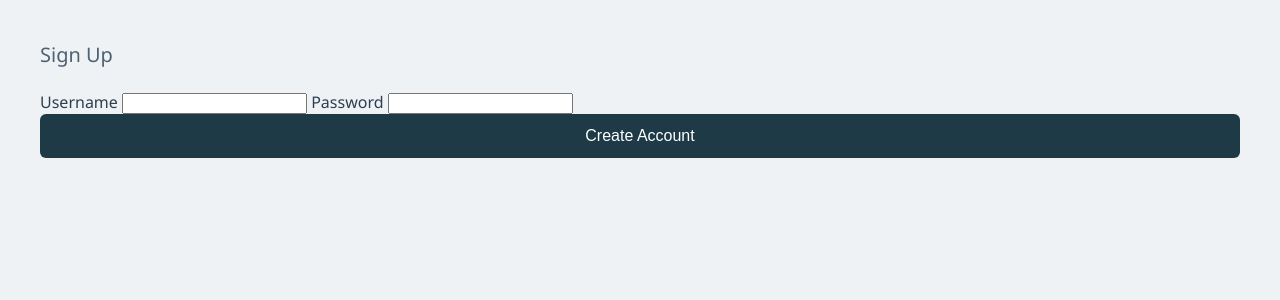
Repository: AUTemmie/Assessment-Task-3
Page: http://localhost/signup
These files come from the project's save history. The page is drawn as it stood at one moment and after the next save; the edit follows.
The browser window is 1280 px wide. The pictures show the whole page.
The page is served by the project's application, run on Flask 3 (main.py). Other server files are loaded and not shown.

Above is the page before, as saved 2025-10-15 14:39:44.

### templates/signup.html
{% extends "layout.html" %} {% block content %}
<main class="signup-page">
  <h2 class="page-title">Sign Up</h2>
  <form method="POST" action="/signup" class="signup-form">
    <label>
      Username
      <input type="text" name="first_name" required />
    </label>
    <label>
      Password
      <input type="password" name="password" required />
    </label>
    <button type="submit">Create Account</button>
  </form>
  {% if message %}
  <p style="color: red">{{ message }}</p>
  {% endif %}
</main>
{% endblock %}

### templates/layout.html
<!DOCTYPE html>
<html lang="en">
  <head>
    <meta charset="UTF-8" />
    <meta name="viewport" content="width=device-width, initial-scale=1.0" />
    <meta http-equiv="X-UA-Compatible" content="ie=edge" />

    <!-- ✅ Allow inline scripts -->
    <meta
      http-equiv="Content-Security-Policy"
      content="script-src 'self' 'unsafe-inline';"
    />

    <link
      rel="stylesheet"
      href="{{ url_for('static', filename='css/style.css') }}"
    />
    <link
      rel="icon"
      type="image/x-icon"
      href="{{ url_for('static', filename='images/Favicon.png') }}"
    />
    <title>{% block title %}Minopus{% endblock %}</title>
  </head>
  <body class="theme-red {% if hide_layout %}no-sidebars{% endif %}">
    <div class="dashboard-grid">
      {% if not hide_layout %}
      <!-- Left Sidebar -->
      {% include "partials/sidebar.html" %} {% endif %}

      <!-- Main Content -->
      <main class="main-panel">{% block content %}{% endblock %}</main>

      {% if not hide_layout %}
      <!-- Right Sidebar -->
      {% include "partials/notifications.html" %} {% endif %}
    </div>

    <script src="{{ url_for('static', filename='js/app.js') }}"></script>
  </body>
</html>

### main.py
from flask import Flask, render_template, request, redirect, session, url_for
import database_manager as dbHandler
from datetime import datetime
import sqlite3 as sql

app = Flask(__name__)
app.secret_key = "key"


db = dbHandler.DBManager()


@app.route("/signup", methods=["GET", "POST"])
def signup():
    if request.method == "POST":
        first_name = request.form["first_name"]
        email = request.form["email"]
        password = request.form["password"]

        # Check if user exists
        existing = db.get_user_by_first_name(first_name)
        if existing:
            return render_template("signup.html", message="Username already exists")

        # Add user
        con = sql.connect(db.dbPath)
        cur = con.cursor()
        cur.execute(
            "INSERT INTO users (first_name, email, password) VALUES (?, ?, ?)",
            (first_name, email, password),
        )
        con.commit()
        con.close()

        return redirect(url_for("login"))

    return render_template("signup.html", hide_layout=True)


@app.context_processor
def inject_notifications():
    friends = [
        {"id": 1, "name": "Rishit Prasad", "description": "Stinking up the room"},
        {
            "id": 2,
            "name": "Sebastion Kameron",
            "description": "Playing plague inc in class",
        },
        {"id": 3, "name": "David Koh", "description": "Working at mcdonalds"},
    ]

    current_time = datetime.now().strftime("%I:%M %p")

    return dict(
        friends=friends,
        current_time=current_time,
    )


@app.route("/", methods=["GET"])
@app.route("/index.html", methods=["GET"])
def index():
    if "username" not in session:
        return redirect("/Login")

    user = db.get_user_by_first_name(session["username"])

    if not user:
        return redirect("/Login")

    first_name = user["first_name"]
    last_name = user.get("last_name", "")

    return render_template("index.html", first_name=first_name, last_name=last_name)


@app.route("/chat", methods=["GET"])
def chat():
    if "username" not in session:
        return redirect("/Login")

    messages = db.get_messages()
    return render_template("chat.html", messages=messages)


@app.route("/send_message", methods=["POST"])
def send_message():
    if "username" not in session:
        return redirect("/Login")

    sender = session["username"]
    text = request.form["message"]
    time = datetime.now().strftime("%Y-%m-%d %H:%M:%S")

    db.add_message(sender, text, time)
    return redirect(url_for("chat"))


@app.route("/friends")
def friends_page():
    if "username" not in session:
        return redirect("/Login")
    return render_template("friends.html")


@app.route("/resources")
def resources():
    if "username" not in session:
        return redirect("/Login")
    return render_template("resource.html")


@app.route("/settings")
def settings():
    if "username" not in session:
        return redirect("/Login")
    return render_template("settings.html")


@app.route("/Login", methods=["GET", "POST"])
def login():
    if request.method == "POST":
        username = request.form["username"]
        password = request.form["password"]

        user = db.get_user_by_first_name(username)

        if user:
            if password == user["password"]:
                session["username"] = user["first_name"]
                return redirect("/")
            else:
                error = "Incorrect password"
        else:
            error = "Username not found"

        return render_template("Login.html", error=error, hide_layout=True)

    return render_template("Login.html", hide_layout=True)


@app.route("/logout")
def logout():
    session.pop("username", None)
    return redirect("/Login")


if __name__ == "__main__":
    app.run(debug=True, host="0.0.0.0", port=5000)

### static/css/style.css
/* Reset + Base */
body {
  margin: 0;
  font-family: "Segoe UI", sans-serif;
  background-color: #eef2f5;
  color: #2c3e50;
  line-height: 1.5;
}

/* Grid Layout */
.dashboard-grid {
  display: grid;
  grid-template-columns: 240px 1fr 300px;
  grid-template-rows: 100vh;
  overflow: hidden;
}

/* Sidebar */
.sidebar {
  background: linear-gradient(180deg, #224e5f, #183441);
  color: #fff;
  padding: 20px;
  display: flex;
  flex-direction: column;
}

.sidebar .logo {
  display: flex;
  align-items: center;
  gap: 10px;
  font-size: 22px;
  font-weight: bold;
  margin-bottom: 40px;
}

.sidebar ul {
  list-style: none;
  padding: 0;
  margin: 0;
}

.sidebar li {
  margin: 12px 0;
}

.sidebar a {
  display: block;
  padding: 12px 15px;
  border-radius: 8px;
  text-decoration: none;
  background: rgba(255, 255, 255, 0.1);
  color: #fff;
  font-weight: 500;
  transition: 0.25s ease;
}

.sidebar a:hover {
  background: rgba(255, 255, 255, 0.25);
}

/* Main Panel */
.main-panel {
  display: flex;
  flex-direction: column;
  padding: 40px;
  background-color: #eef2f5;
  height: 100vh;
  box-sizing: border-box;
  overflow: hidden;
}

.main-panel h1 {
  margin: 0 0 20px;
  font-size: 28px;
  font-weight: 600;
}

.main-panel h2 {
  margin-top: 0;
  font-size: 20px;
  font-weight: 500;
  color: #4d6273;
}

/* Welcome Card */
.welcome-card {
  display: flex;
  justify-content: space-between;
  align-items: center;
  background: linear-gradient(135deg, #ffffff, #f9fbfc);
  border-radius: 16px;
  padding: 25px;
  margin-bottom: 20px;
  box-shadow: 0 4px 12px rgba(0, 0, 0, 0.08);
}

.welcome-card h2 {
  margin: 0 0 10px 0;
  font-size: 22px;
  font-weight: 600;
}

.welcome-card p {
  margin: 0;
  font-size: 14px;
  color: #4d6273;
}

.welcome-card img {
  height: 120px;
  border-radius: 12px;
  object-fit: cover;
}

/* Card Grid */
.card-grid {
  display: grid;
  grid-template-columns: repeat(auto-fit, minmax(280px, 1fr));
  gap: 20px;
  flex: 1;
  min-height: 0;
}

/* Cards */
.card {
  background: #ffffff;
  border-radius: 16px;
  padding: 20px;
  box-shadow: 0 4px 12px rgba(0, 0, 0, 0.08);
  display: flex;
  flex-direction: column;
  height: 100%;
  box-sizing: border-box;
}

.card h3 {
  margin-bottom: 15px;
  font-size: 18px;
  font-weight: 600;
  color: #2c3e50;
}

.card ul {
  list-style: none;
  padding: 0;
  margin: 0;
  flex: 1;
  overflow-y: auto;
}

.card li {
  margin-bottom: 10px;
  background: #f7f9fa;
  padding: 10px 12px;
  border-radius: 10px;
  font-size: 14px;
  color: #34495e;
  transition: transform 0.15s ease, box-shadow 0.15s ease;
}

.card li:hover {
  transform: translateY(-2px);
  box-shadow: 0 2px 8px rgba(0, 0, 0, 0.1);
}

/* Recent Card Links */
.card ul li a.resource-link {
  display: block;
  background: #3498db;
  color: #fff;
  padding: 10px 14px;
  border-radius: 10px;
  margin-bottom: 10px;
  text-decoration: none;
  transition: background 0.2s ease;
}

.card ul li a.resource-link:hover {
  background: #2980b9;
}

/* Friends Card Search Input */
.friend-search {
  width: 100%;
  padding: 10px 14px;
  margin-bottom: 15px;
  border: 1px solid #ccc;
  border-radius: 12px;
  font-size: 14px;
  box-sizing: border-box;
}

.friend-search:focus {
  outline: none;
  border-color: #224e5f;
  box-shadow: 0 0 5px rgba(34, 78, 95, 0.4);
}

/* Friends List Items */
.friends-list {
  list-style: none;
  padding: 0;
  margin: 0;
  flex: 1;
  overflow-y: auto;
}

.friend {
  display: flex;
  align-items: center;
  justify-content: space-between;
  background: #f7f9fa;
  padding: 12px 16px;
  margin-bottom: 12px;
  border-radius: 12px;
  font-size: 15px;
  color: #2c3e50;
}

.friend:hover {
  transform: translateY(-2px);
  box-shadow: 0 2px 8px rgba(0, 0, 0, 0.1);
}

/* Status Indicators */
.status-icon {
  display: inline-block;
  width: 14px;
  height: 14px;
  border-radius: 50%;
  margin-right: 10px;
  border: 2px solid #fff;
}

.friend.online .status-icon {
  background-color: #43b581;
}

.friend.offline .status-icon {
  background-color: #747f8d;
}

.friend .status {
  font-weight: bold;
}

.friend.online .status {
  color: #2ecc71;
}

.friend.offline .status {
  color: #e74c3c;
}

/* Notifications Panel */
.notifications {
  background: #fafbfc;
  padding: 25px;
  border-left: 1px solid #e0e4e7;
  display: flex;
  flex-direction: column;
  overflow-y: auto;
}

.notifications h2 {
  margin: 0 0 20px;
  font-size: 20px;
  font-weight: 600;
}

.notifications ul {
  list-style: none;
  padding: 0;
  margin: 0;
}

.notifications li {
  margin-bottom: 15px;
  background: #fff;
  padding: 14px 16px;
  border-radius: 12px;
  display: flex;
  align-items: center;
  justify-content: space-between;
  font-size: 14px;
  box-shadow: 0 2px 8px rgba(0, 0, 0, 0.06);
  transition: transform 0.2s ease;
}

.notifications li:hover {
  transform: translateY(-3px);
}

.notifications span {
  margin-right: 8px;
  font-size: 18px;
  color: #224e5f;
}

/* Chat Panel */
.chat-container {
  display: flex;
  flex-direction: column;
  height: 100%;
  background: #fff;
  border-radius: 12px;
  box-shadow: 0 4px 12px rgba(0, 0, 0, 0.08);
  padding: 20px;
}

.chat-box {
  flex: 1;
  overflow-y: auto;
  padding-right: 10px;
  margin-bottom: 15px;
}

.message {
  max-width: 70%;
  margin: 8px 0;
  padding: 10px 14px;
  border-radius: 12px;
  font-size: 14px;
  position: relative;
}

.message.sent {
  background: #224e5f;
  color: #fff;
  margin-left: auto;
  border-bottom-right-radius: 4px;
}

.message.received {
  background: #f1f3f5;
  color: #2c3e50;
  margin-right: auto;
  border-bottom-left-radius: 4px;
}

.message .time {
  display: block;
  font-size: 11px;
  color: #777;
  margin-top: 4px;
}

.chat-input {
  display: flex;
  gap: 10px;
}

.chat-input input {
  flex: 1;
  padding: 12px;
  border-radius: 8px;
  border: 1px solid #ccc;
  font-size: 14px;
}

.chat-input button {
  background: #224e5f;
  color: #fff;
  border: none;
  padding: 12px 18px;
  border-radius: 8px;
  cursor: pointer;
  transition: 0.2s ease;
}

.chat-input button:hover {
  background: #1a3b48;
}

/* Settings Page */
.settings-page {
  padding: 20px;
}

.page-title {
  margin-bottom: 20px;
}

.settings-content {
  background: #ffffff;
  border-radius: 12px;
  padding: 25px;
  box-shadow: 0 2px 6px rgba(0, 0, 0, 0.1);
  max-width: 600px;
}

.settings-content h3 {
  margin-bottom: 20px;
}

.settings-form {
  display: flex;
  flex-direction: column;
  gap: 18px;
}

.settings-form label {
  display: flex;
  flex-direction: column;
  font-size: 14px;
  color: #34495e;
}

.settings-form input {
  padding: 10px;
  margin-top: 6px;
  border: 1px solid #dcdde1;
  border-radius: 8px;
  outline: none;
}

.settings-form input:focus {
  border-color: #3498db;
}

.save-btn {
  padding: 12px;
  border: none;
  border-radius: 8px;
  background: #3498db;
  color: #fff;
  font-weight: bold;
  cursor: pointer;
  transition: background 0.2s;
}

.save-btn:hover {
  background: #2980b9;
}

.logout-link {
  display: inline-block;
  margin-top: 15px;
  color: #fff;
  background-color: #e74c3c;
  padding: 8px 12px;
  text-decoration: none;
  border-radius: 4px;
}

.logout-link:hover {
  background-color: #c0392b;
}

/* Resources Page */
.resources-container {
  display: flex;
  gap: 20px;
  flex-wrap: wrap;
  margin-top: 20px;
}

.resource-card {
  background-color: #f5f7fa;
  padding: 20px;
  border-radius: 12px;
  flex: 1 1 250px;
  box-shadow: 0 4px 6px rgba(0, 0, 0, 0.1);
}

.resource-card h3 {
  margin-top: 0;
  color: #2c3e50;
}

.resource-card p {
  color: #34495e;
  margin-bottom: 15px;
}

.resource-link {
  display: inline-block;
  text-decoration: none;
  background-color: #3498db;
  color: white;
  padding: 8px 12px;
  border-radius: 5px;
}

.resource-link:hover {
  background-color: #2980b9;
}

/* Login Page */

body.no-sidebars .dashboard-grid {
  grid-template-columns: 1fr; /* full width */
}

body.no-sidebars .sidebar,
body.no-sidebars .notifications {
  display: none !important;
}

.login-container {
  max-width: 400px;
  margin: 80px auto;
  background: #fff;
  padding: 30px;
  border-radius: 16px;
  box-shadow: 0 4px 12px rgba(0, 0, 0, 0.08);
  text-align: center;
}

.login-container h2 {
  margin-bottom: 20px;
  font-size: 24px;
  font-weight: 600;
  color: #224e5f;
}

.form-group {
  text-align: left;
  margin-bottom: 15px;
}

.form-group label {
  display: block;
  margin-bottom: 6px;
  font-size: 14px;
  font-weight: 500;
  color: #2c3e50;
}

.form-group input {
  width: 100%;
  padding: 12px;
  border-radius: 8px;
  border: 1px solid #ccc;
  font-size: 14px;
  box-sizing: border-box;
}

button[type="submit"] {
  width: 100%;
  padding: 12px;
  background: #224e5f;
  color: #fff;
  border: none;
  border-radius: 8px;
  font-size: 16px;
  font-weight: 500;
  cursor: pointer;
  transition: 0.25s ease;
}

button[type="submit"]:hover {
  background: #1a3b48;
}

.error {
  color: red;
  font-size: 14px;
  margin-bottom: 15px;
}

.signup-link {
  margin-top: 15px;
  font-size: 14px;
}

.signup-link a {
  color: #224e5f;
  text-decoration: none;
  font-weight: 500;
}

.signup-link a:hover {
  text-decoration: underline;
}

.login-container {
  max-width: 400px;
  margin: 8vh auto;
  background: #ffffff;
  padding: 2rem 2.5rem;
  border-radius: 10px;
  box-shadow: 0 4px 20px rgba(0, 0, 0, 0.1);
}

.login-container h2 {
  text-align: center;
  margin-bottom: 1.5rem;
  color: #1e3a46;
  font-weight: 600;
}

.form-group {
  margin-bottom: 1.2rem;
}

.form-group label {
  display: block;
  font-weight: 500;
  color: #333;
  margin-bottom: 0.4rem;
}

.form-group input {
  width: 100%;
  padding: 0.7rem;
  border: 1px solid #ccc;
  border-radius: 6px;
  font-size: 1rem;
  transition: border-color 0.2s ease;
}

.form-group input:focus {
  border-color: #1e3a46;
  outline: none;
}

button[type="submit"] {
  width: 100%;
  padding: 0.8rem;
  background-color: #1e3a46;
  color: #fff;
  font-size: 1rem;
  border: none;
  border-radius: 6px;
  cursor: pointer;
  transition: background-color 0.2s ease;
}

button[type="submit"]:hover {
  background-color: #254b57;
}

.signup-link {
  text-align: center;
  margin-top: 1rem;
  color: #333;
}

.signup-link a {
  color: #1e3a46;
  text-decoration: none;
  font-weight: 500;
}

.signup-link a:hover {
  text-decoration: underline;
}

.error {
  color: #d9534f;
  text-align: center;
  margin-bottom: 1rem;
  font-weight: 500;
}

### static/js/app.js
if ("serviceworker" in navigator) {
  window.addEventListener("load", function () {
    navigator.serviceworker
      .register("static/js/serviceworker.js")
      .then((res) => console.log("service worker registered"))
      .catch((err) => console.log("service worker not registered", err));
  });
}

After the next save:
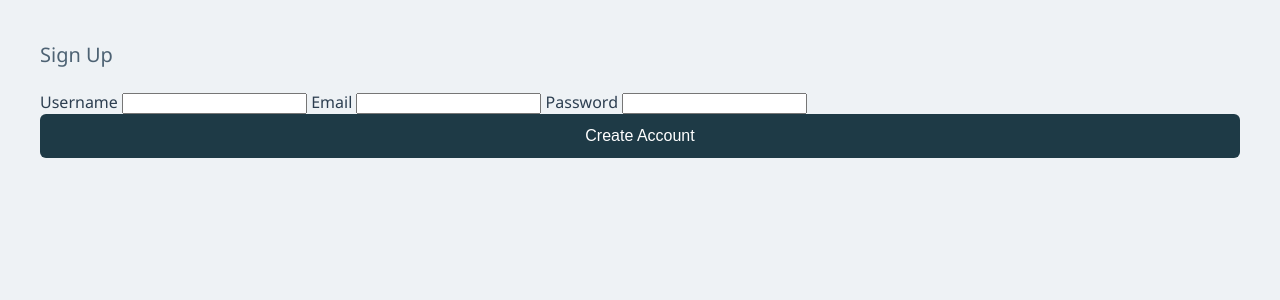
Saved 67 s later.
--- a/templates/signup.html
+++ b/templates/signup.html
@@ -1,17 +1,26 @@
 {% extends "layout.html" %} {% block content %}
 <main class="signup-page">
   <h2 class="page-title">Sign Up</h2>
+
   <form method="POST" action="/signup" class="signup-form">
     <label>
       Username
       <input type="text" name="first_name" required />
     </label>
+
+    <label>
+      Email
+      <input type="email" name="email" required />
+    </label>
+
     <label>
       Password
       <input type="password" name="password" required />
     </label>
+
     <button type="submit">Create Account</button>
   </form>
+
   {% if message %}
   <p style="color: red">{{ message }}</p>
   {% endif %}
